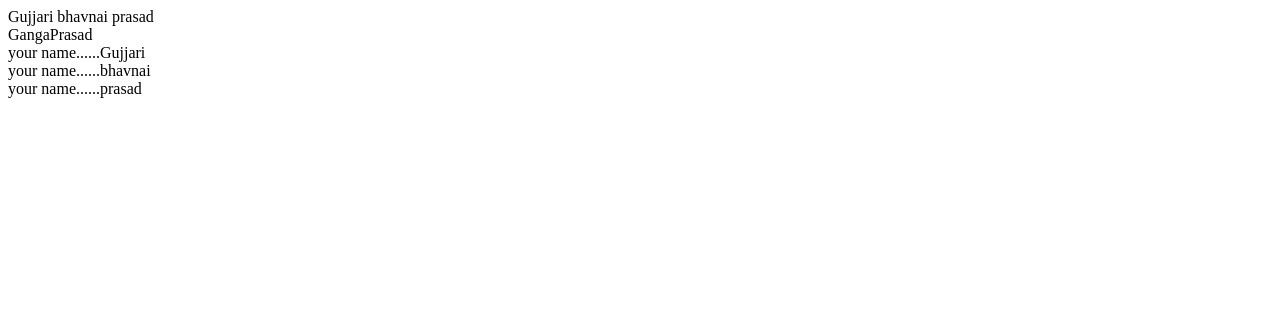
Repository: bpgujjari/Java-Logics
Page: http://localhost/JSTLExample/jstlEx.jsp
These files come from the project's save history. The page is drawn as it stood at one moment and after the next save; the edit follows.
The browser window is 1280 px wide. The pictures show the whole page.
The page is served by Tomcat 9.

Above is the page before, as saved 2023-03-10 16:30:23.

After the next save:
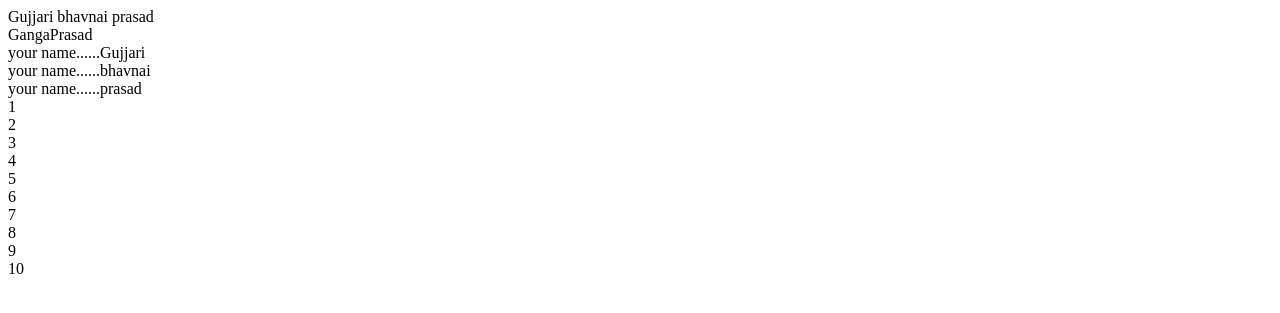
Saved 2 min 18 s later.
--- a/conditional and looping programs/RathanSir/JSTLExample/src/main/webapp/jstlEx.jsp
+++ b/conditional and looping programs/RathanSir/JSTLExample/src/main/webapp/jstlEx.jsp
@@ -23,5 +23,10 @@ for(String name:names)
 <c:forEach var="names" items="${names}">
 your name......${names}<br>
 </c:forEach>
+
+
+<c:forEach var="num" begin="1" end="10">
+${num }<br>
+</c:forEach>
 </body>
 </html>
